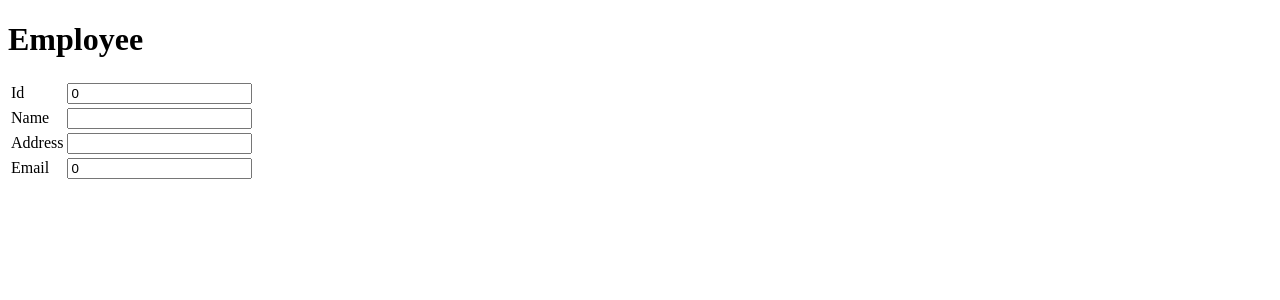
Repository: kubon9xhd/SpringMVC
Page: http://localhost/spring-excercise-6/insert
The author's editor kept a copy of each file at every save. The page is drawn from the files as they stood at one save, then again after the next save.
The browser window is 1280 px wide. The pictures show the whole page.
The page is served by Tomcat 9.

Above is the page before, as saved 2021-06-06 15:11:45.

After the next save:
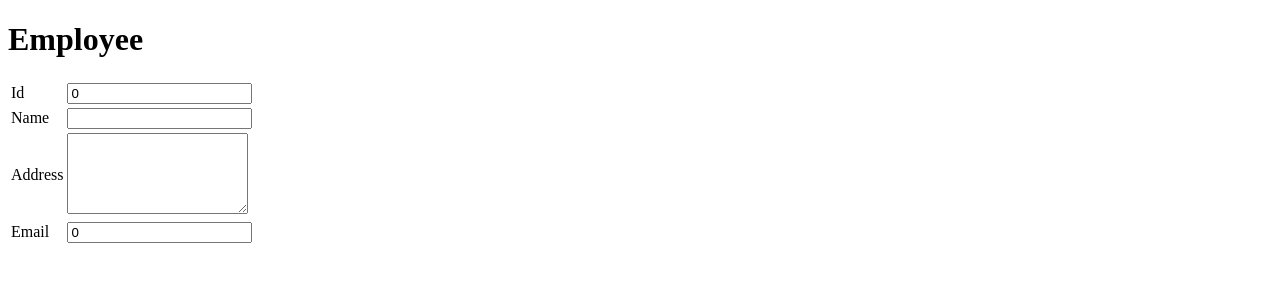
Saved 44 s later.
--- a/spring-excercise-6/src/main/webapp/WEB-INF/views/employee/insert.jsp
+++ b/spring-excercise-6/src/main/webapp/WEB-INF/views/employee/insert.jsp
@@ -21,7 +21,7 @@
 			</tr>
 			<tr>
 				<td><form:label path="address">Address</form:label></td>
-				<td><form:input path="address" /></td>
+				<td><form:textarea rows="5" path="address"/></td>
 			</tr>
 			<tr>
 				<td><form:label path="email">Email</form:label></td>
